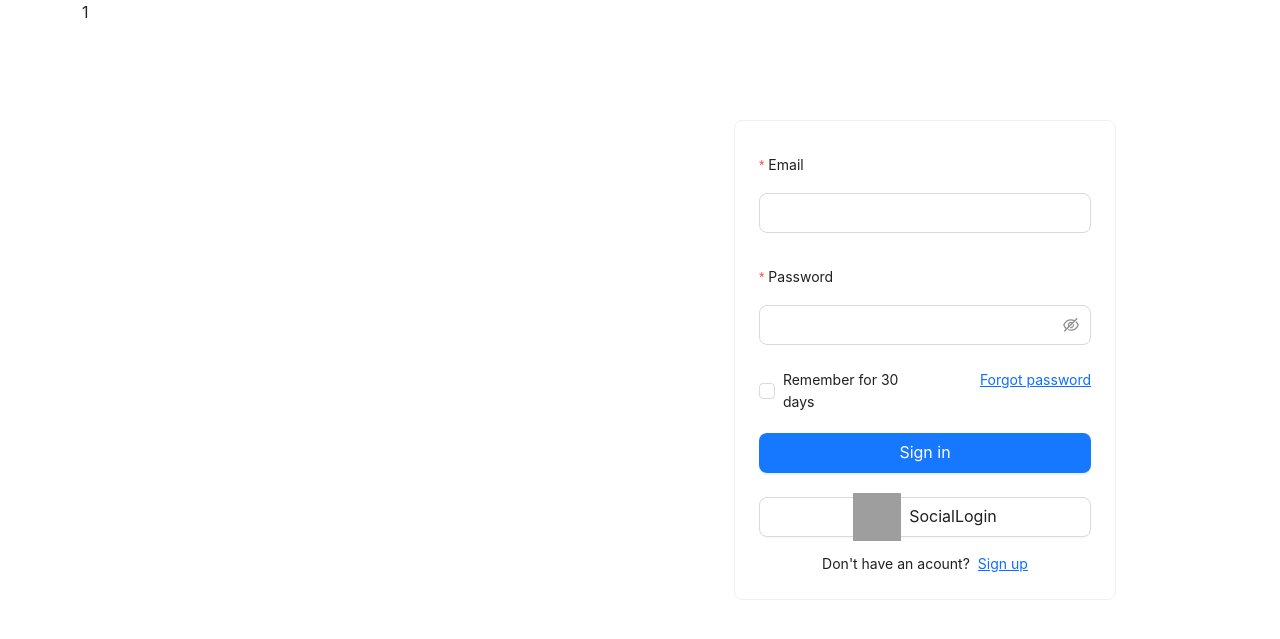
Repository: di-huynh-dev/kanban-inventory-management
Page: /
The author's editor kept a copy of each file at every save. The page is drawn from the files as they stood at one save, then again after the next save.
The browser window is 1280 px wide. The pictures show the whole page.
Pictures or frames that could not be fetched are drawn as grey boxes. The project was rebuilt for these pictures with package versions that can differ from the ones it lists, and the page was loaded fresh each time. Also part of the build but not shown: src/App.css, src/pages/auth/SignUp.tsx, src/routers/MainRouter.tsx.

Above is the page before, as saved 2024-09-07 12:40:11.

After the next save:
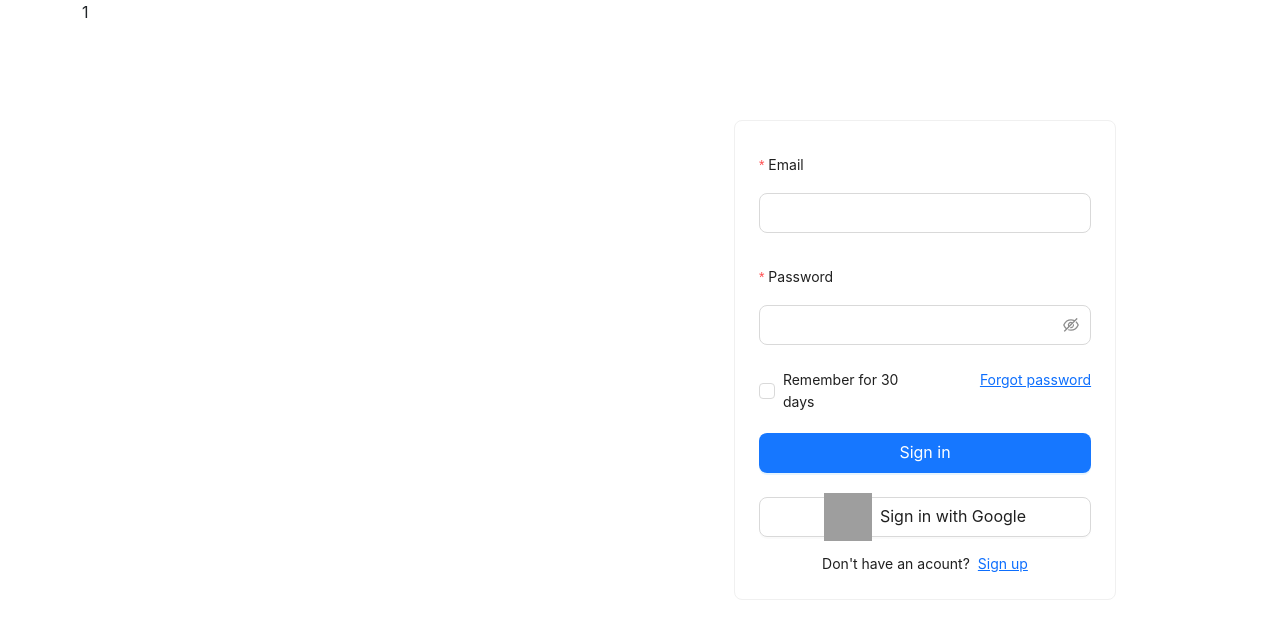
Saved 21 s later.
--- a/src/pages/auth/components/SocialLogin.tsx
+++ b/src/pages/auth/components/SocialLogin.tsx
@@ -9,7 +9,7 @@ const SocialLogin = () => {
       size="large"
       icon={<img width="48" height="48" src="https://img.icons8.com/color/48/google-logo.png" alt="google-logo" />}
     >
-      SocialLogin
+      Sign in with Google
     </Button>
   )
 }
